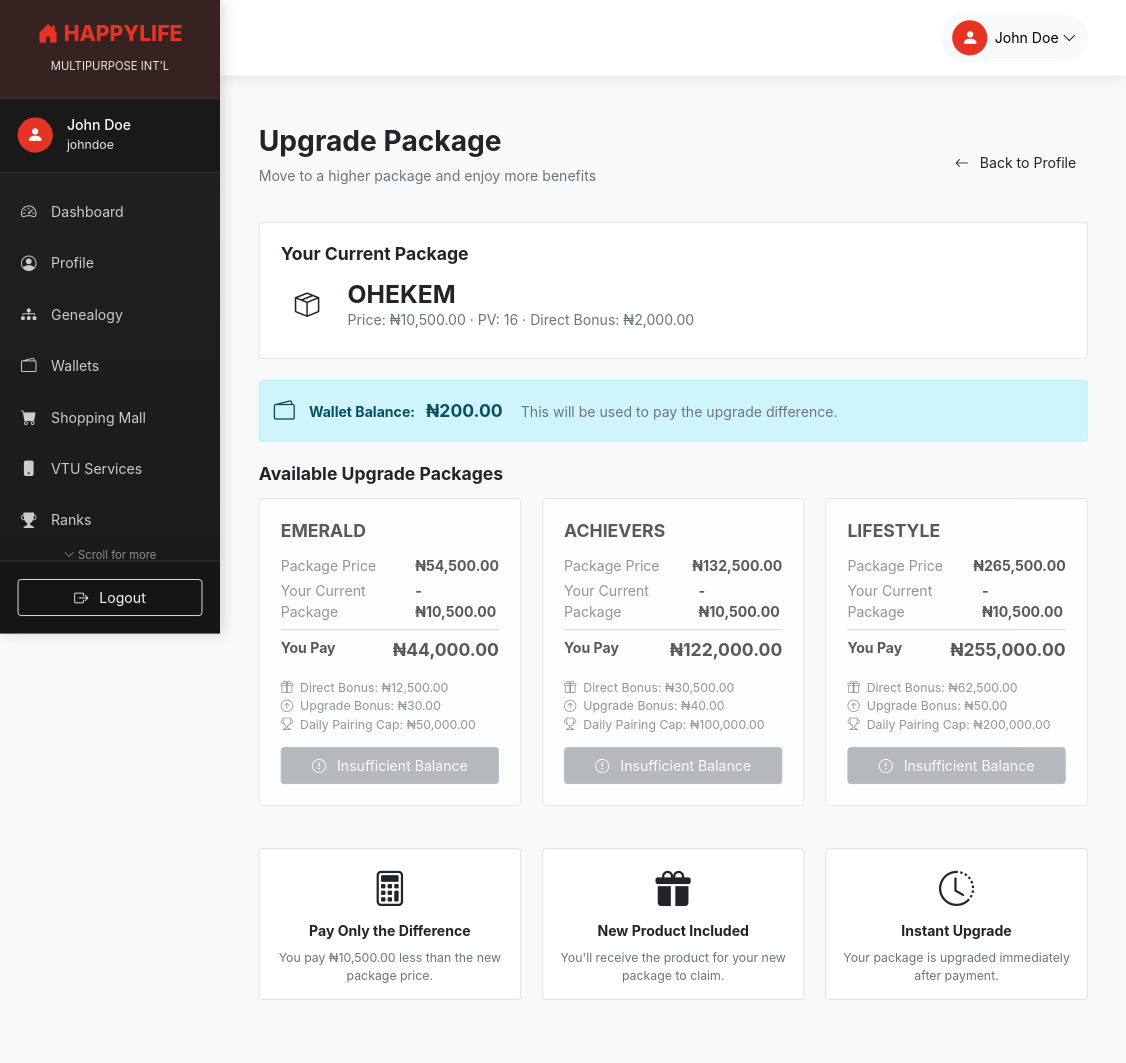
Repository: YackswebCode/happylife
Page: http://localhost/member/upgrade
An editor plug-in stored every save of this project. The page is shown before and after the next save, followed by the edit.
The browser window is 1280 px wide. The pictures show the whole page, at 88% of full size.
The page is served by the project's Laravel application, run on PHP 8.4 with Laravel 12. The first stored user is signed in. The database holds what the project's SQL file puts in it.

Above is the page before, as saved 2026-03-05 10:18:10.

After the next save:
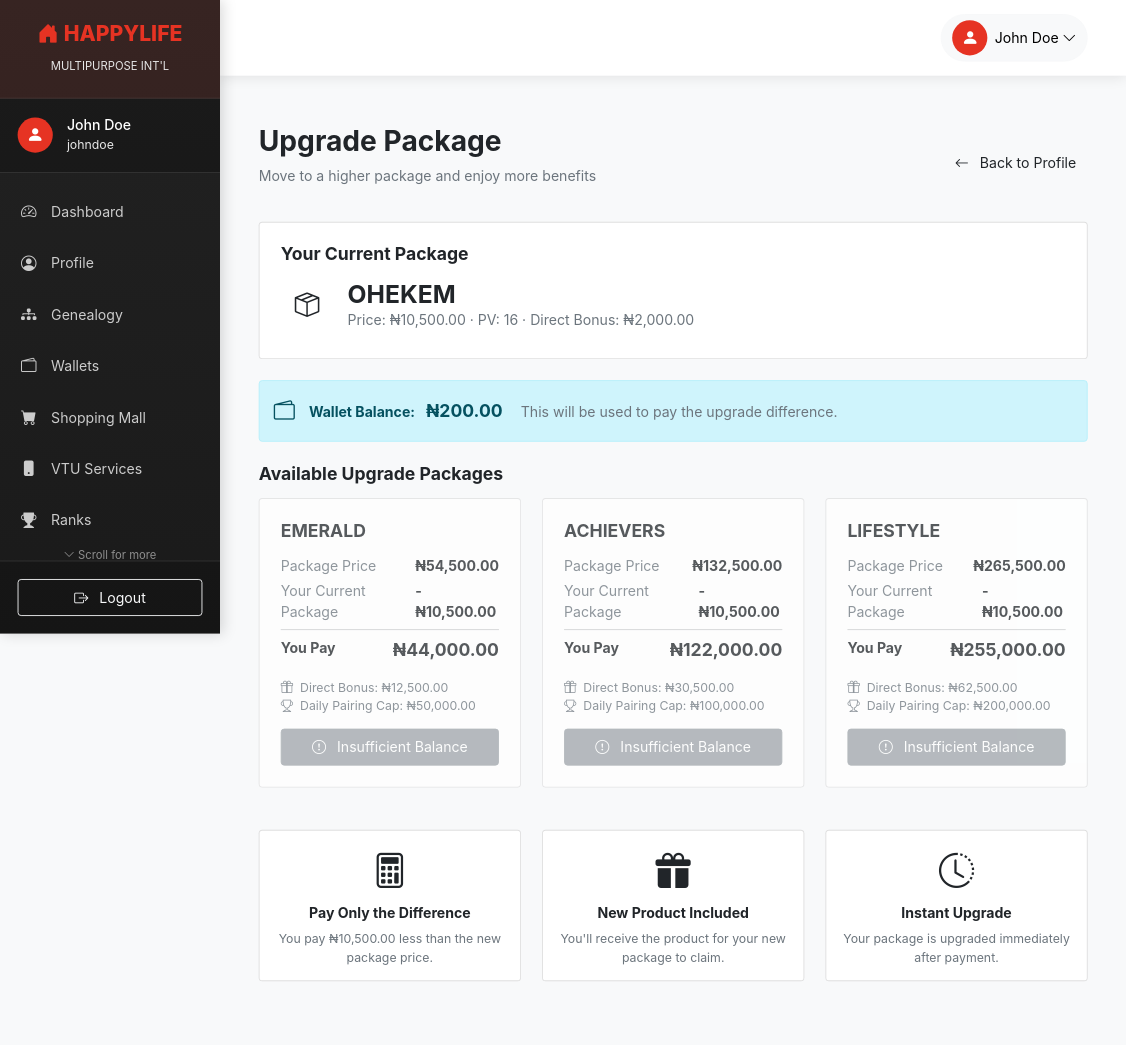
Saved 2 min 11 s later.
--- a/resources/views/member/upgrade/index.blade.php
+++ b/resources/views/member/upgrade/index.blade.php
@@ -124,9 +124,6 @@
                                 <i class="bi bi-gift me-1"></i> Direct Bonus: ₦{{ number_format($package->direct_bonus_amount, 2) }}
                             </small>
                             <small class="text-secondary d-block">
-                                <i class="bi bi-arrow-up-circle me-1"></i> Upgrade Bonus: ₦{{ number_format($package->upgrade_bonus_amount, 2) }}
-                            </small>
-                            <small class="text-secondary d-block">
                                 <i class="bi bi-trophy me-1"></i> Daily Pairing Cap: ₦{{ number_format($package->pairing_cap, 2) }}
                             </small>
                         </div>
